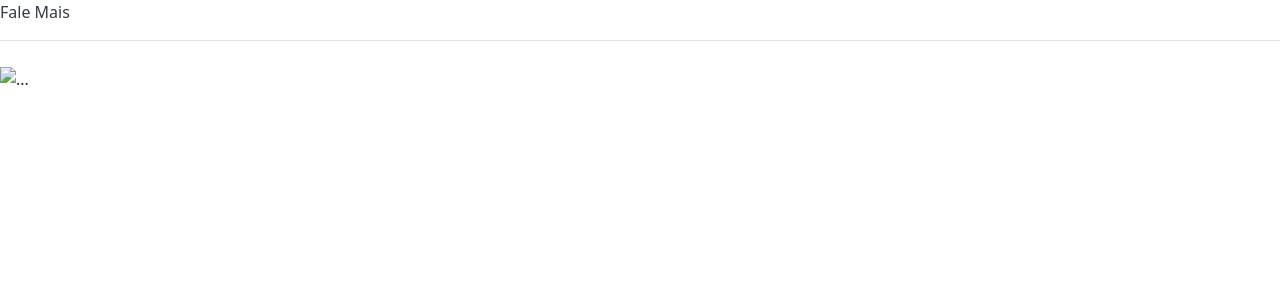
Repository: JuniorMagalhaesDeAlcantara/Fale-Mais
Page: src/resource/index.html
These files come from the project's save history. The page is drawn as it stood at one moment and after the next save; the edit follows.
The browser window is 1280 px wide. The pictures show the whole page.

Above is the page before, as saved 2022-08-02 13:59:43.
Not found: src/resource/img/Telefone.jpg

### src/resource/index.html
<!DOCTYPE html>
<html lang="pt-br">
<head>
  <meta charset="UTF-8">
  <meta name="viewport" content="width=device-width, initial-scale=1.0">
  <title>Fale Mais</title>
  <link rel="stylesheet" href="https://stackpath.bootstrapcdn.com/bootstrap/5.0.0-alpha1/css/bootstrap.min.css" integrity="sha384-r4NyP46KrjDleawBgD5tp8Y7UzmLA05oM1iAEQ17CSuDqnUK2+k9luXQOfXJCJ4I" crossorigin="anonymous">
  <script src="https://cdn.jsdelivr.net/npm/popper.js@1.16.0/dist/umd/popper.min.js" integrity="sha384-Q6E9RHvbIyZFJoft+2mJbHaEWldlvI9IOYy5n3zV9zzTtmI3UksdQRVvoxMfooAo" crossorigin="anonymous"></script>
  <script src="https://stackpath.bootstrapcdn.com/bootstrap/5.0.0-alpha1/js/bootstrap.min.js" integrity="sha384-oesi62hOLfzrys4LxRF63OJCXdXDipiYWBnvTl9Y9/TRlw5xlKIEHpNyvvDShgf/" crossorigin="anonymous"></script>
</head>
<body>
    <header>
        <div class="d-flex flex-column flex-md-row align-items-center pb-3 mb-4 border-bottom">
          <a href="/" class="d-flex align-items-center text-dark text-decoration-none">
             <span class="fs-4">Fale Mais</span>
          </a>
        </div>
      </header>


      <img src="/src/resource/img/Telefone.jpg" class="img-fluid" alt="...">


</body>
</html>

After the next save:
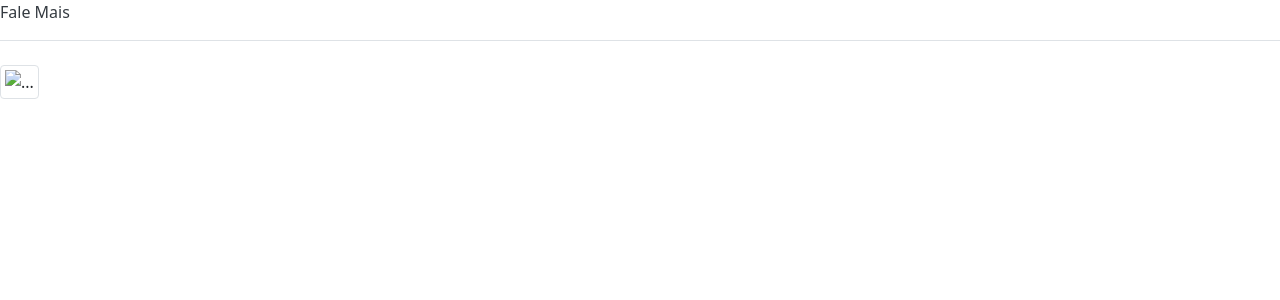
Saved 30 s later.
--- a/src/resource/index.html
+++ b/src/resource/index.html
@@ -18,7 +18,7 @@
       </header>
 
 
-      <img src="/src/resource/img/Telefone.jpg" class="img-fluid" alt="...">
+      <img src="/src/resource/img/Telefone.jpg" class="img-thumbnail" alt="...">
 
 
 </body>
